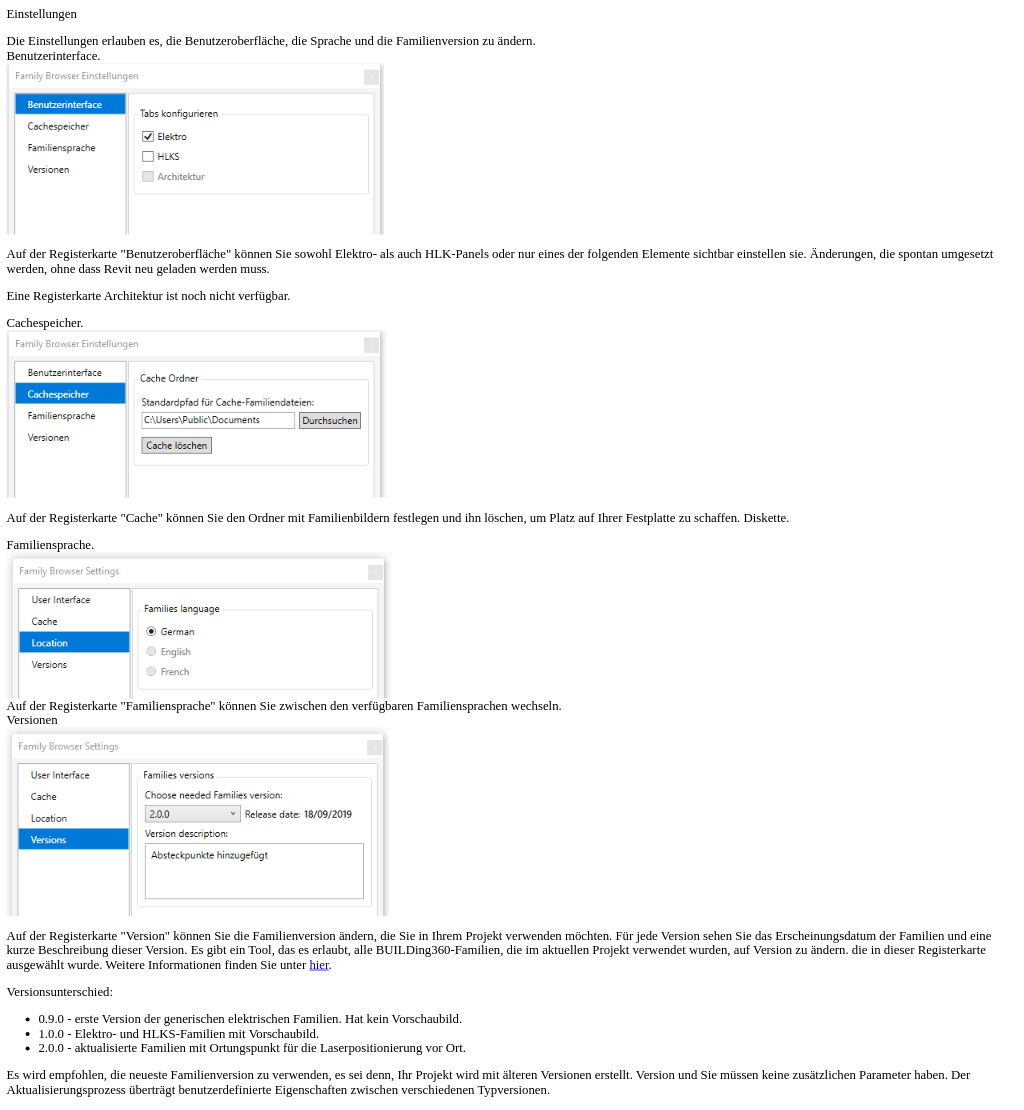
Repository: RomanLavrov/FamilyBrowserUserGuide
Page: http://localhost/FamilyBrowser/application/views/de/settings_view.php
An editor plug-in stored every save of this project. The page is shown before and after the next save, followed by the edit.
The browser window is 1280 px wide. The pictures show the whole page, at 80% of full size.
The page is run by PHP 8.4 with error messages shown; the project is at /var/www/html/.

Above is the page before, as saved 2019-10-24 16:15:55.

After the next save:
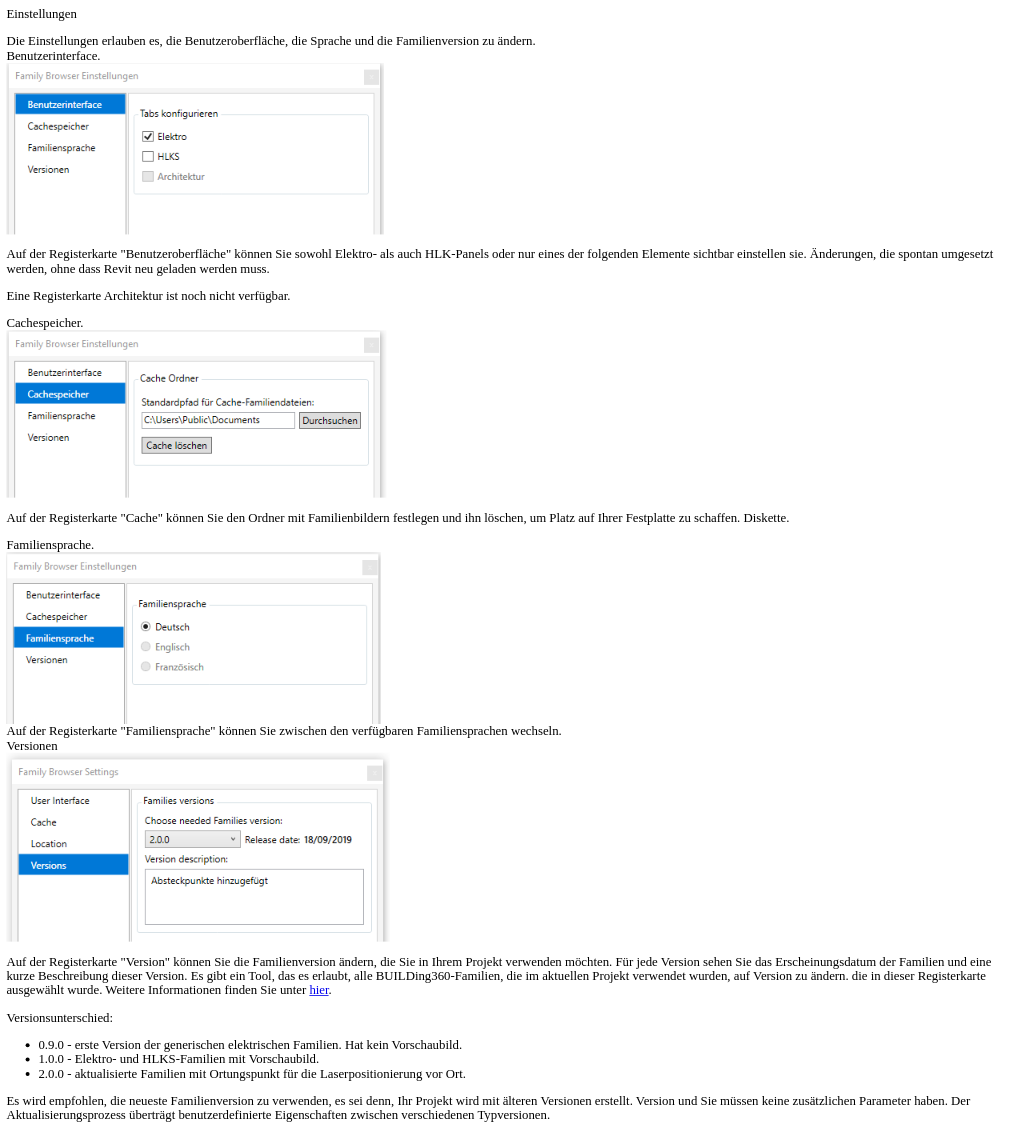
Saved 18 min 24 s later.
--- a/FamilyBrowser/application/views/de/settings_view.php
+++ b/FamilyBrowser/application/views/de/settings_view.php
@@ -43,7 +43,7 @@
 <div class="article-content">
       <div class="row">
             <div class="col-md-5" style="min-width:480px">
-                  <img style="margin-left:0" class="illustration" src="/FamilyBrowser/images/Tab_Language_en.png"
+                  <img style="margin-left:0" class="illustration" src="/FamilyBrowser/images/Tab_Language_de.png"
                         alt="" />
             </div>
             <div class="col-md-5">
